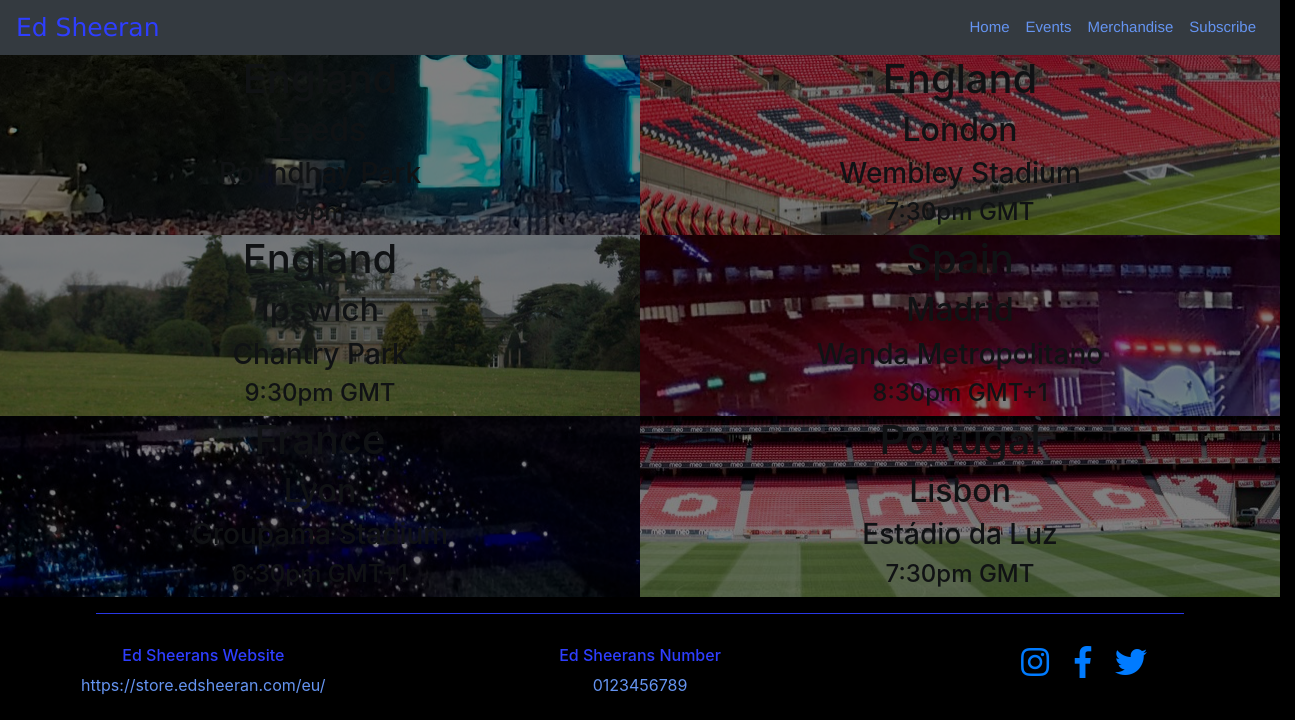
Repository: amit238/milestone-project-1
Page: events.html
The author's editor kept a record of every edit. The page is drawn from the files as they stood at one moment, then again after the next edit.
The browser window is 1280 px wide. The page is 1295 px wide, so the pictures cover 1295 px, including what lies to the right of the window. The pictures show the whole page.
The pointer rests on the first visible `.events-london`.
Some web libraries are served in a nearby version.

Above is the page before.

After the next edit:
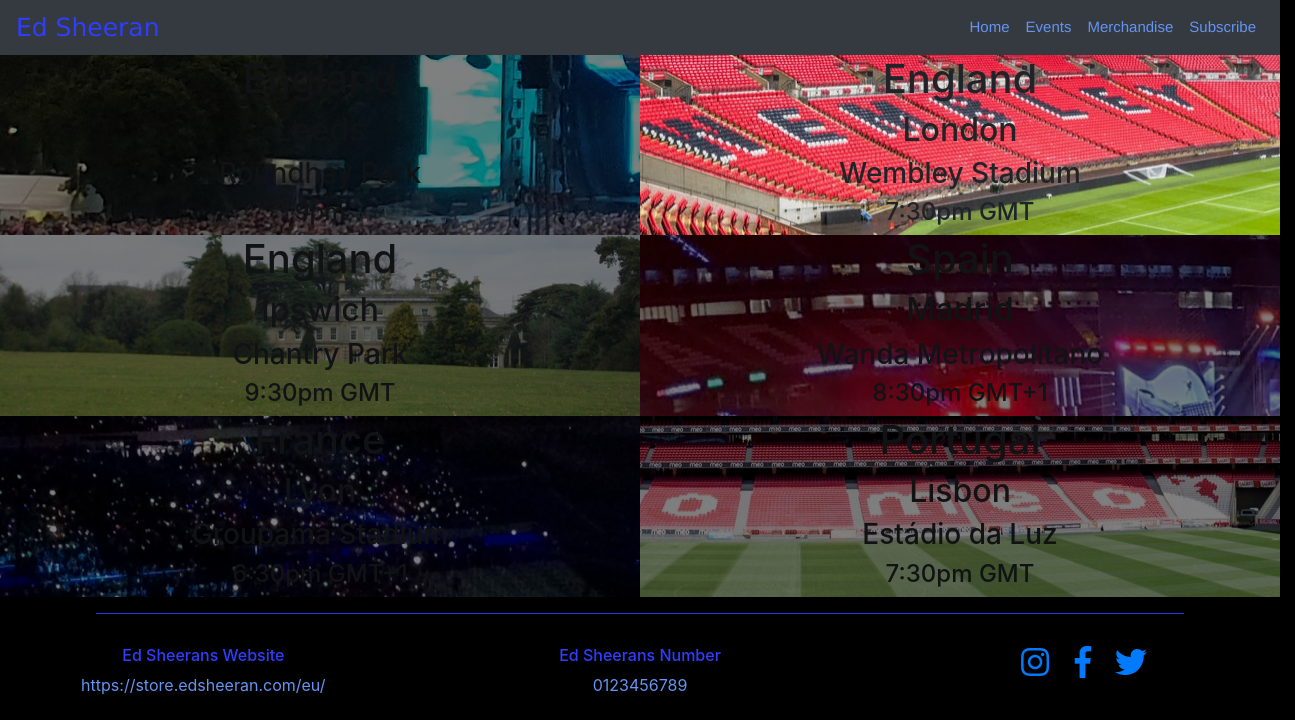
The edit:
--- a/assets/css/style.css
+++ b/assets/css/style.css
@@ -125,6 +125,12 @@
     opacity: 0.5;
 }
 
+.events-london:hover {
+    opacity: 1;
+    transition-duration: 2s;
+    /*transition-timing-function: ease-in;*/
+}
+
 .events-ipswich {
     background-image: url("../../chantry-park.png");
     background-repeat: no-repeat;
